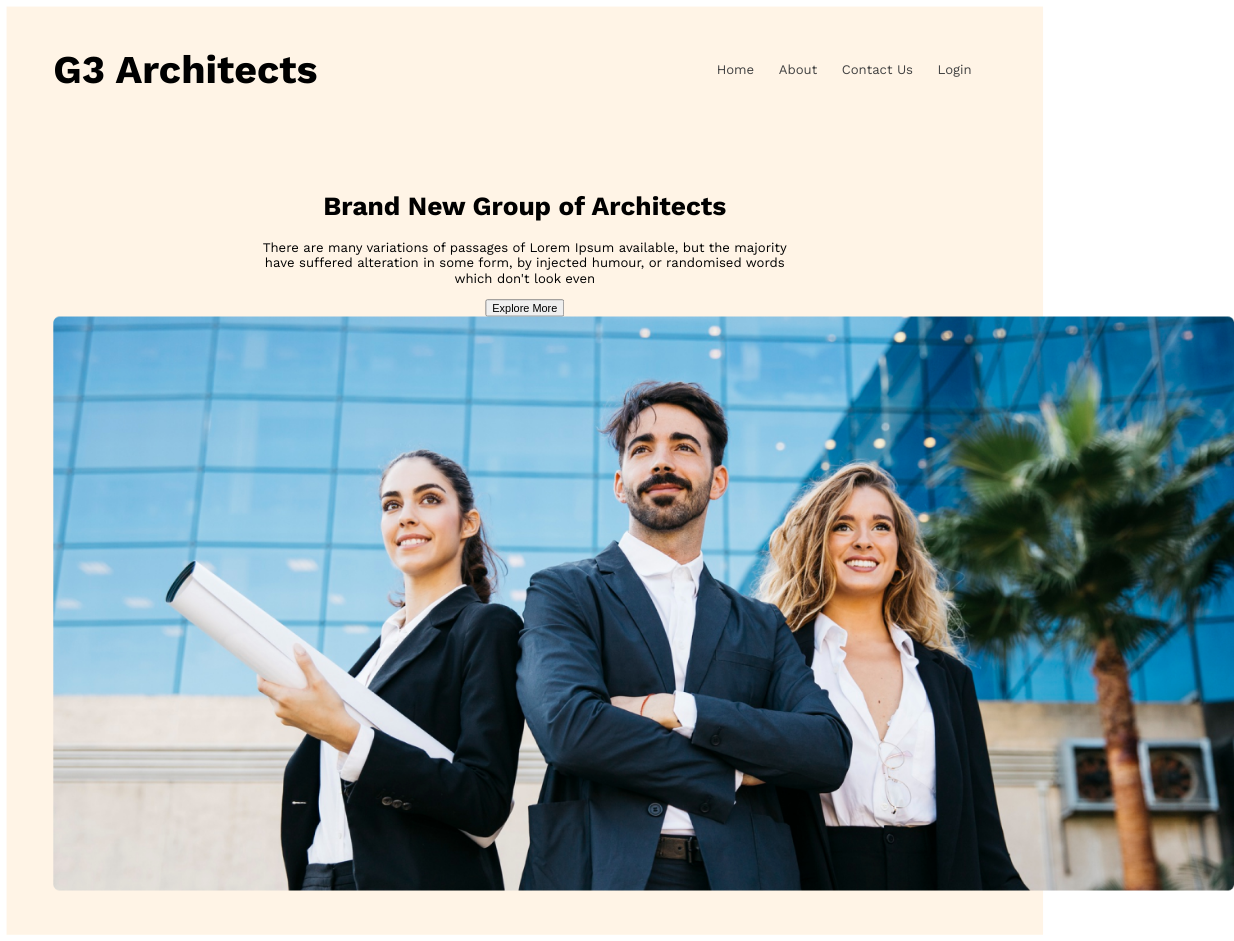
Repository: dollyrakhe22/g3-architects-website
Page: index.html
These files come from the project's save history. The page is drawn as it stood at one moment and after the next save; the edit follows.
The browser window is 1280 px wide. The page is 1505 px wide, then 1280 px, so the pictures cover 1505 px, including what lies to the right of the window. The pictures show the whole page, at 82% of full size.

Above is the page before, as saved 2025-07-20 11:30:43.

After the next save:
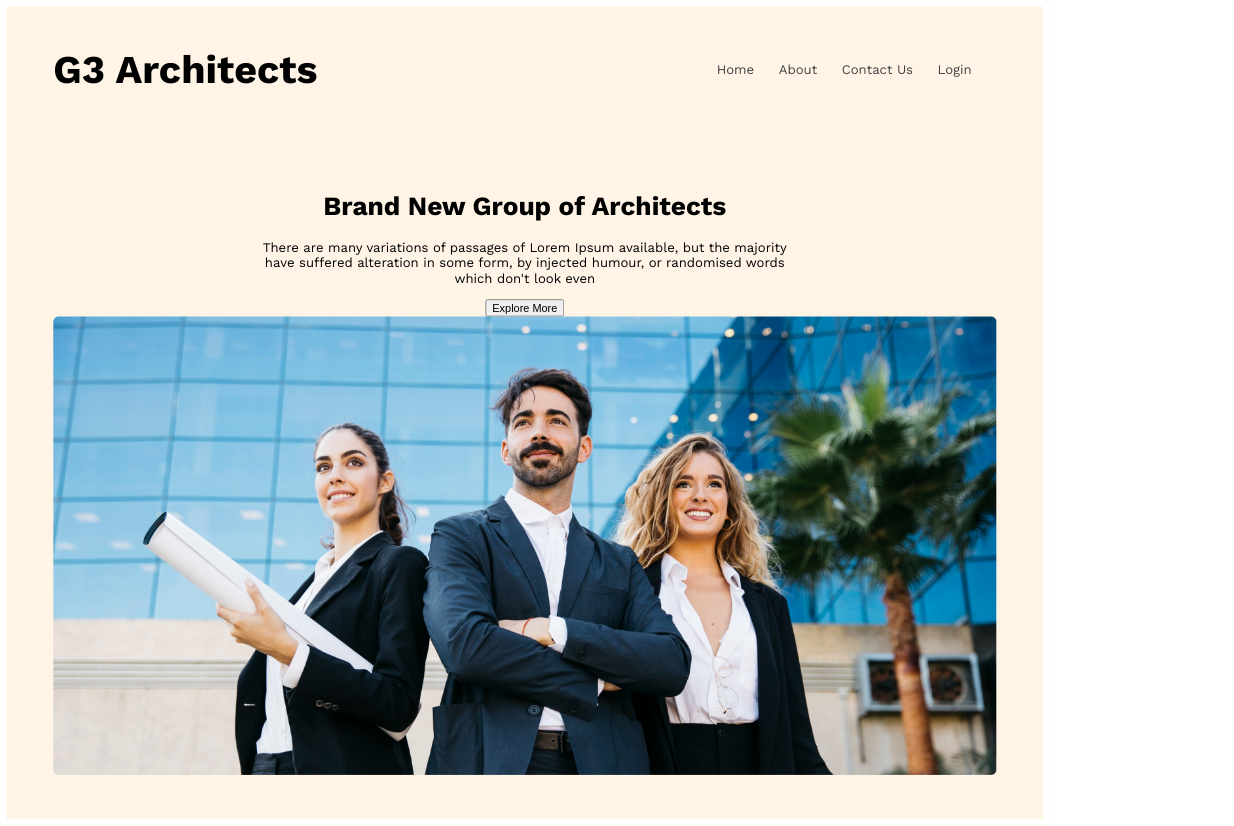
Saved 3 h 54 min later.
--- a/index.html
+++ b/index.html
@@ -25,7 +25,7 @@
               or randomised words which don't look even</p>
             <button>Explore More</button>
           </div>
-            <img src="images/banner.png" alt="" srcset="">
+            <img class="banner-img" src="images/banner.png" alt="" srcset="">
            </div>
     </header>
    </header>
--- a/style.css
+++ b/style.css
@@ -61,3 +61,6 @@
   padding: 50px;
 
 }
+.banner-img{
+  width: 100%;
+}
